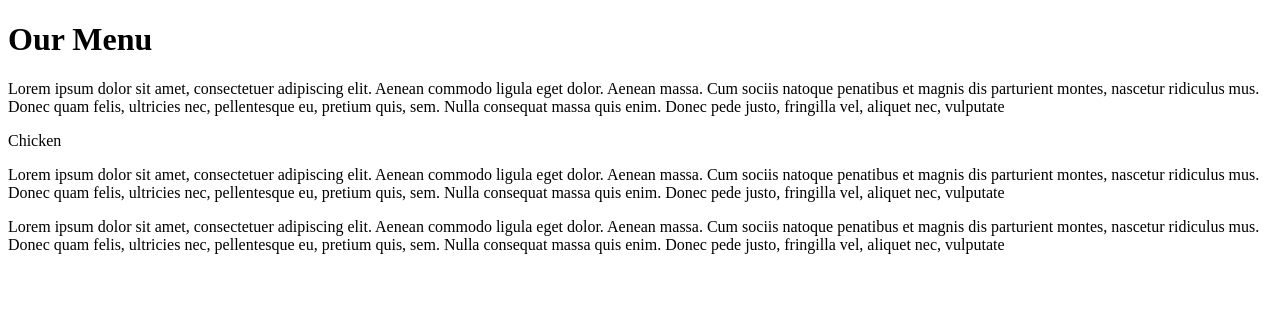
Repository: Normandy72/module2-solution
Page: index.html
These files come from the project's save history. The page is drawn as it stood at one moment and after the next save; the edit follows.
The browser window is 1280 px wide. The pictures show the whole page.

Above is the page before, as saved 2022-12-05 14:36:53.

### index.html
<!DOCTYPE html>
<html lang="en">
<head>
    <meta charset="UTF-8">
    <meta http-equiv="X-UA-Compatible" content="IE=edge">
    <meta name="viewport" content="width=device-width, initial-scale=1.0">
    <title>Our menu</title>
    <link rel="stylesheet" href="styles/style.css">
</head>
<body>
    <h1>Our Menu</h1>
    <div>
        <p>Lorem ipsum dolor sit amet, consectetuer adipiscing elit. Aenean commodo ligula eget dolor. Aenean massa. Cum sociis natoque penatibus et magnis dis parturient montes, nascetur ridiculus mus. Donec quam felis, ultricies nec, pellentesque eu, pretium quis, sem. Nulla consequat massa quis enim. Donec pede justo, fringilla vel, aliquet nec, vulputate</p>
        <div>Chicken</div>
    </div>
    <div>
        <p>Lorem ipsum dolor sit amet, consectetuer adipiscing elit. Aenean commodo ligula eget dolor. Aenean massa. Cum sociis natoque penatibus et magnis dis parturient montes, nascetur ridiculus mus. Donec quam felis, ultricies nec, pellentesque eu, pretium quis, sem. Nulla consequat massa quis enim. Donec pede justo, fringilla vel, aliquet nec, vulputate</p>
        <div></div>
    </div>
    <div>
        <p>Lorem ipsum dolor sit amet, consectetuer adipiscing elit. Aenean commodo ligula eget dolor. Aenean massa. Cum sociis natoque penatibus et magnis dis parturient montes, nascetur ridiculus mus. Donec quam felis, ultricies nec, pellentesque eu, pretium quis, sem. Nulla consequat massa quis enim. Donec pede justo, fringilla vel, aliquet nec, vulputate</p>
        <div></div>
    </div>
</body>
</html>

Loaded but not shown: styles/style.css (no copy from this time; the picture is the same without it)

After the next save:
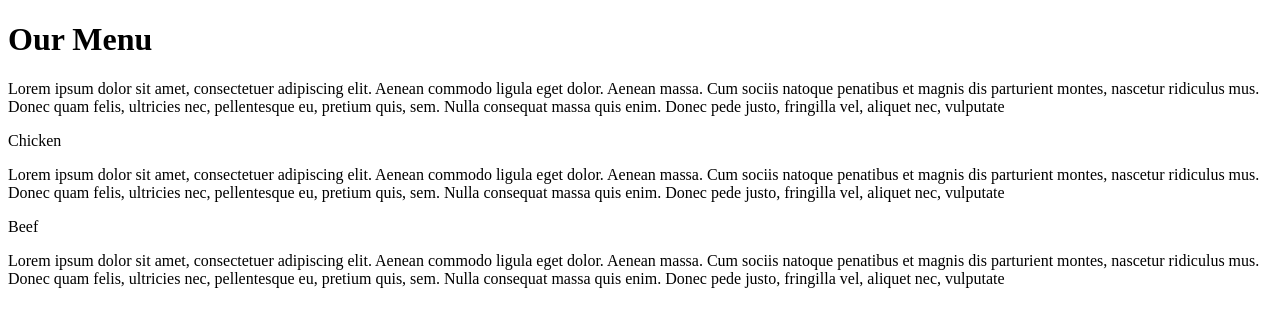
Saved 9 s later.
--- a/index.html
+++ b/index.html
@@ -15,7 +15,7 @@
     </div>
     <div>
         <p>Lorem ipsum dolor sit amet, consectetuer adipiscing elit. Aenean commodo ligula eget dolor. Aenean massa. Cum sociis natoque penatibus et magnis dis parturient montes, nascetur ridiculus mus. Donec quam felis, ultricies nec, pellentesque eu, pretium quis, sem. Nulla consequat massa quis enim. Donec pede justo, fringilla vel, aliquet nec, vulputate</p>
-        <div></div>
+        <div>Beef</div>
     </div>
     <div>
         <p>Lorem ipsum dolor sit amet, consectetuer adipiscing elit. Aenean commodo ligula eget dolor. Aenean massa. Cum sociis natoque penatibus et magnis dis parturient montes, nascetur ridiculus mus. Donec quam felis, ultricies nec, pellentesque eu, pretium quis, sem. Nulla consequat massa quis enim. Donec pede justo, fringilla vel, aliquet nec, vulputate</p>
